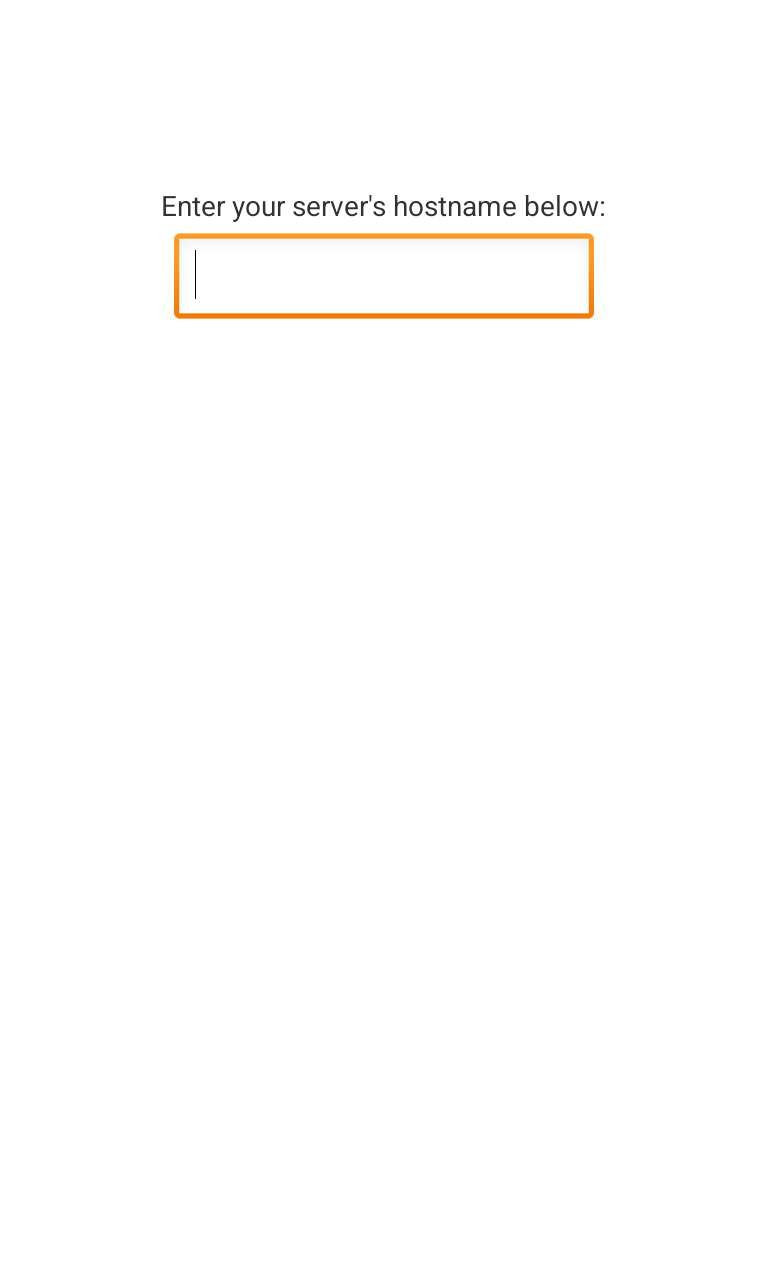
Repository: jesseanderson/GoatsWithoutHats
Layout: android/GoatsWithoutHats/res/layout/activity_new_game.xml
These files come from the project's save history. The layout is drawn as it stood at one moment and after the next save; the edit follows.
It is drawn on a 768 x 1280 px phone screen (xhdpi) without system bars, with theme android:Theme.Light.NoTitleBar.Fullscreen; the app's code is not run. Lists and similar views that code fills are empty.

Above is the layout before, as saved 2014-09-13 02:55:00.

After the next save:
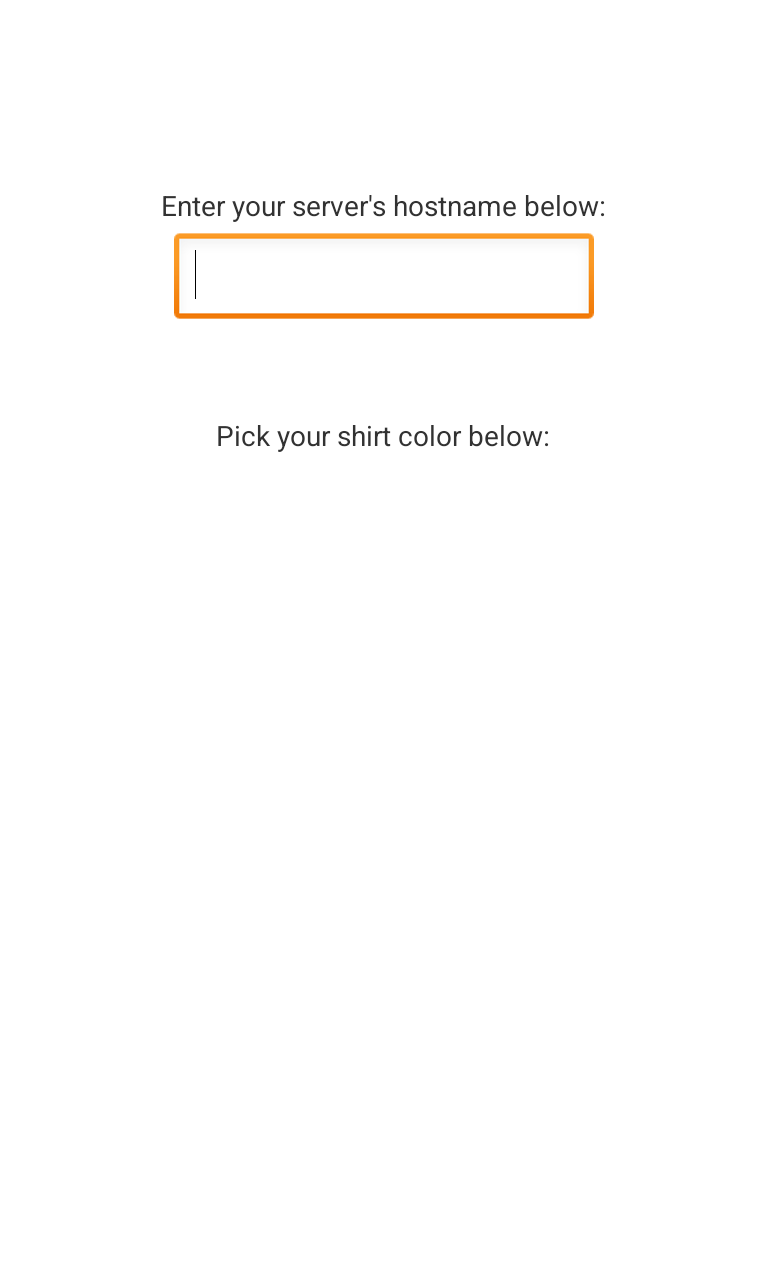
Saved 4 min 18 s later.
--- a/android/GoatsWithoutHats/res/layout/activity_new_game.xml
+++ b/android/GoatsWithoutHats/res/layout/activity_new_game.xml
@@ -9,7 +9,7 @@
     tools:context=".NewGameActivity" >
 
     <EditText
-        android:id="@+id/editText1"
+        android:id="@+id/hostnameedittext"
         android:layout_width="wrap_content"
         android:layout_height="wrap_content"
         android:layout_alignParentTop="true"
@@ -24,12 +24,30 @@
     </EditText>
 
     <TextView
-        android:id="@+id/textView1"
+        android:id="@+id/servertextview"
         android:layout_width="wrap_content"
         android:layout_height="wrap_content"
-        android:layout_alignBottom="@+id/editText1"
+        android:layout_alignBottom="@+id/hostnameedittext"
         android:layout_centerHorizontal="true"
         android:layout_marginBottom="52dp"
         android:text="@string/hostname_edit_label" />
 
+    <TextView
+        android:id="@+id/colortextview"
+        android:layout_width="wrap_content"
+        android:layout_height="wrap_content"
+        android:layout_below="@+id/hostnameedittext"
+        android:layout_centerHorizontal="true"
+        android:layout_marginTop="44dp"
+        android:text="@string/shirt_color_label" />
+
+    <GridView
+        android:id="@+id/gridView1"
+        android:layout_width="match_parent"
+        android:layout_height="wrap_content"
+        android:layout_below="@+id/colortextview"
+        android:layout_centerHorizontal="true"
+        android:numColumns="3" >
+    </GridView>
+
 </RelativeLayout>
